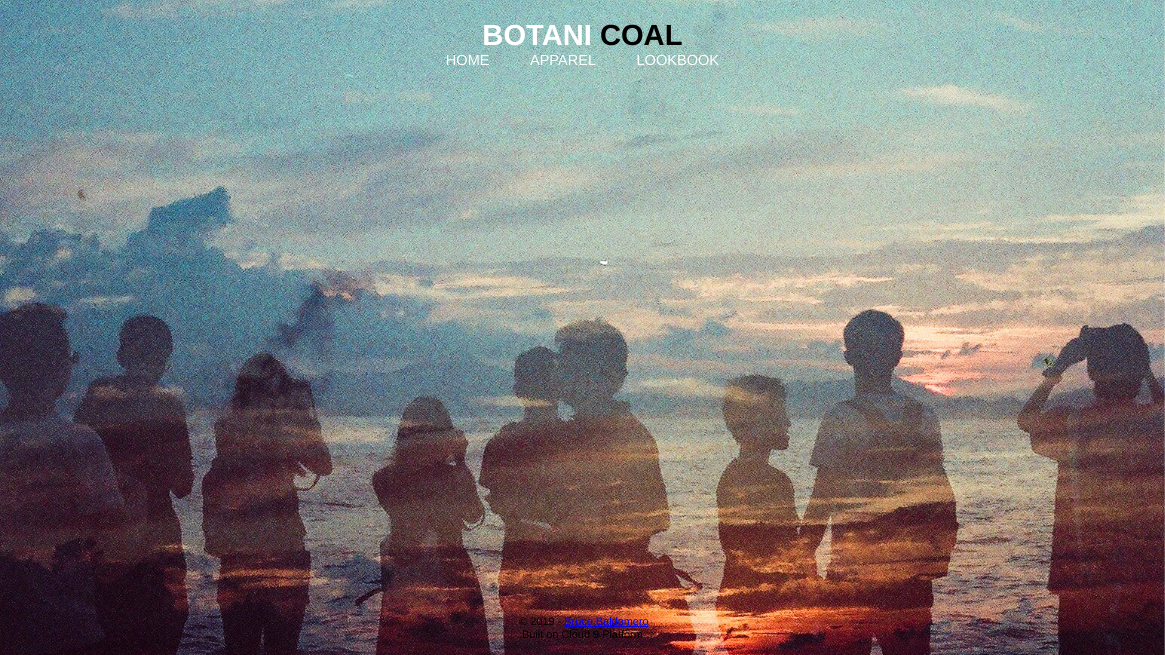
Repository: brucebonus/vegan-clothing
Page: lookbook.html
The author's editor kept a record of every edit. The page is drawn from the files as they stood at one moment, then again after the next edit.
The browser window is 1280 px wide. The pictures show the whole page, at 91% of full size.

Above is the page before.

### lookbook.html
<!DOCTYPE html>
<html>
<meta name="viewport" content="width=device-width, initial-scale=1.0">

<head>
	<title>Lookbook</title>
	<link rel="stylesheet" href="css/style.css" type="text/css" />
</head>

<body class="lookbook_background">
	<header class="lookbook_header">
		<div class="lookbook_title">
			<h1>
				<span style='color:#fff'>BOTANI</span>
				<span style='color:#000'>COAL</span>
				<h1>
		</div>
	</header>
	<nav class="lookbook_nav_bar">
		<ul>
			<li><a href="/index.html">HOME</a></li>
			<li><a href="/apparel.html">APPAREL</a></li>
			<li><a href="/lookbook.html">LOOKBOOK</a></li>
		</ul>
	</nav>
	<footer class="footer">
		<div class="container">
			<div class="content">
				<p>&nbsp;&copy; 2019 - <a href="https://www.instagram.com/bruce_bonus/" target="_new">Bruce Baldomero</a></p>
				<p>Built on Cloud 9 Platform </p>
			</div>
		</div>
	</footer>
</body>

</html>

### css/style.css
*{
    margin: 0;
    padding: 0;
    font-family: Helvetica;
    box-sizing: border-box;
}

body, html {
  height: 100%;
}

.index_background {
  /* The image used */
  background-image: url("/images/index_background.jpg");

  /* Full height */
  height: 100%;

  /* Center and scale the image nicely */
  background-position: center;
  background-repeat: no-repeat;
  background-size: cover;
}

.home_title{
    position: absolute;
    top: 40%;
    left: 50%;
    transform: translate(-50%,-50%);
    display: inline-block;
    text-align: center;
    color: #fff;
    font: Helvetica;
    padding-top: 20px;
}

.home_nav_bar ul{
    position: absolute;
    top: 46%;
    left: 50%;
    transform: translate(-50%,-50%);
    text-align: center;
    list-style-type: none;
}

.home_nav_bar li{
    display: inline;
}

.home_nav_bar a{
    text-decoration: none;
    color: #fff;
    padding: 5px 20px;
}

.home_nav_bar ul li a:hover{
    background-color: black;
    color: #fff;
}

.home_nav_bar{
    max-width: 1200px;
    margin: auto;
}

.apparel_background {
  /* The image used */
  background-image: url("/images/apparel_background.jpg");

  /* Full height */
  height: 100%;

  /* Center and scale the image nicely */
  background-position: center;
  background-repeat: no-repeat;
  background-size: cover;
}

.apparel_title{
    text-align: center;
    color: #fff;
    font: Helvetica;
    padding-top: 20px;
}

.apparel_nav_bar ul{
    text-align: center;
    list-style-type: none;
}

.apparel_nav_bar li{
    display: inline;
}

.apparel_nav_bar a{
    text-decoration: none;
    color: #fff;
    padding: 5px 20px;
}

.apparel_nav_bar ul li a:hover{
    background-color: black;
    color: #fff;
}

.apparel_nav_bar{
    max-width: 1200px;
    margin: auto;
}

.rombaut_background {
  /* The image used */
  background-image: url("/images/rombaut_tiedye_background.jpg");

  /* Full height */
  height: 100%;

  /* Center and scale the image nicely */
  background-position: center;
  background-repeat: no-repeat;
  background-size: cover;
}

.rombaut_title{
    text-align: center;
    color: #fff;
    font: Helvetica;
    padding-top: 20px;
}

.rombaut_nav_bar ul{
    text-align: center;
    list-style-type: none;
}

.rombaut_nav_bar li{
    display: inline;
}

.rombaut_nav_bar a{
    text-decoration: none;
    color: #fff;
    padding: 5px 20px;
}

.rombaut_nav_bar ul li a:hover{
    background-color: black;
    color: #fff;
}

.rombaut_nav_bar{
    max-width: 1200px;
    margin: auto;
}

.rombaut_box{
    background-color: #fff;
    background: rgba(0, 0, 0, 0.6);
    position: absolute;
    top: 50%;
    left: 50%;
    transform: translate(-50%, -50%);
    width: 1000px;
    padding: 20px;
    border-radius: 4px;
    box-shadow: 0 5px 15px rgba(0,0,0,.5);
    display: flex;
    align-items:center;
}

.rombaut_box:hover{
    box-shadow: 0 15px 30px rgba(0,0,0,.5);
}

.rombaut_box .rombaut_image{
    width: 150px;
    flex: 0 0 500px;
}

.rombaut_box .rombaut_image img{
    max-width: 100%;
}

.rombaut_box .rombaut_content{
    padding-left: 20px;
}

.rombaut_box .rombaut_content h2{
    margin: 0;
    padding-left: 0;
    color: #fff;
    font-size: 24px;
}

.rombaut_box .rombaut_content p{
    margin: 0;
    padding: 10px 0 0;
    text-align: justify;
    font-weight: 600;
    color: #fff;
}

.organic_blue_tshirt_background {
  /* The image used */
  background-image: url("/images/organic_blue_tshirt_background.jpg");

  /* Full height */
  height: 100%;

  /* Center and scale the image nicely */
  background-position: center;
  background-repeat: no-repeat;
  background-size: cover;
}

.organic_blue_tshirt_title{
    text-align: center;
    color: #fff;
    font: Helvetica;
    padding-top: 20px;
}

.organic_blue_tshirt_nav_bar ul{
    text-align: center;
    list-style-type: none;
}

.organic_blue_tshirt_nav_bar li{
    display: inline;
}

.organic_blue_tshirt_nav_bar a{
    text-decoration: none;
    color: #fff;
    padding: 5px 20px;
}

.organic_blue_tshirt_nav_bar ul li a:hover{
    background-color: black;
    color: #fff;
}

.organic_blue_tshirt_nav_bar{
    max-width: 1200px;
    margin: auto;
}

.organic_blue_tshirt_box{
    background-color: #fff;
    background: rgba(0, 0, 0, 0.6);
    position: absolute;
    top: 50%;
    left: 50%;
    transform: translate(-50%, -50%);
    width: 1000px;
    padding: 20px;
    border-radius: 4px;
    box-shadow: 0 5px 15px rgba(0,0,0,.5);
    display: flex;
    align-items:center;
}

.organic_blue_tshirt_box:hover{
    box-shadow: 0 15px 30px rgba(0,0,0,.5);
}

.organic_blue_tshirt_box .organic_blue_tshirt_image{
    width: 150px;
    flex: 0 0 500px;
}

.organic_blue_tshirt_box .organic_blue_tshirt_image img{
    max-width: 100%;
}

.organic_blue_tshirt_box .organic_blue_tshirt_content{
    padding-left: 20px;
}

.organic_blue_tshirt_box .organic_blue_tshirt_content h2{
    margin: 0;
    padding-left: 0;
    color: #fff;
    font-size: 24px;
}

.organic_blue_tshirt_box .organic_blue_tshirt_content p{
    margin: 0;
    padding: 10px 0 0;
    text-align: justify;
    font-weight: 600;
    color: #fff;
}

.rugby_sweatshirt_background {
  /* The image used */
  background-image: url("/images/rugby_sweatshirt_background.jpg");

  /* Full height */
  height: 100%;

  /* Center and scale the image nicely */
  background-position: center;
  background-repeat: no-repeat;
  background-size: cover;
}

.rugby_sweatshirt_title{
    text-align: center;
    color: #fff;
    font: Helvetica;
    padding-top: 20px;
}

.rugby_sweatshirt_nav_bar ul{
    text-align: center;
    list-style-type: none;
}

.rugby_sweatshirt_nav_bar li{
    display: inline;
}

.rugby_sweatshirt_nav_bar a{
    text-decoration: none;
    color: #fff;
    padding: 5px 20px;
}

.rugby_sweatshirt_nav_bar ul li a:hover{
    background-color: black;
    color: #fff;
}

.rugby_sweatshirt_nav_bar{
    max-width: 1200px;
    margin: auto;
}

.rugby_sweatshirt_box{
    background-color: #fff;
    background: rgba(0, 0, 0, 0.6);
    position: absolute;
    top: 50%;
    left: 50%;
    transform: translate(-50%, -50%);
    width: 1000px;
    padding: 20px;
    border-radius: 4px;
    box-shadow: 0 5px 15px rgba(0,0,0,.5);
    display: flex;
    align-items:center;
}

.rugby_sweatshirt_box:hover{
    box-shadow: 0 15px 30px rgba(0,0,0,.5);
}

.rugby_sweatshirt_box .rugby_sweatshirt_image{
    width: 150px;
    flex: 0 0 500px;
}

.rugby_sweatshirt_box .rugby_sweatshirt_image img{
    max-width: 100%;
}

.rugby_sweatshirt_box .rugby_sweatshirt_content{
    padding-left: 20px;
}

.rugby_sweatshirt_box .rugby_sweatshirt_content h2{
    margin: 0;
    padding-left: 0;
    color: #fff;
    font-size: 24px;
}

.rugby_sweatshirt_box .rugby_sweatshirt_content p{
    margin: 0;
    padding: 10px 0 0;
    text-align: justify;
    font-weight: 600;
    color: #fff;
}

.illusions_tote_bag_background {
  /* The image used */
  background-image: url("/images/illusions_tote_bag_background.jpg");

  /* Full height */
  height: 100%;

  /* Center and scale the image nicely */
  background-position: center;
  background-repeat: no-repeat;
  background-size: cover;
}

.illusions_tote_bag_title{
    text-align: center;
    color: #fff;
    font: Helvetica;
    padding-top: 20px;
}

.illusions_tote_bag_nav_bar ul{
    text-align: center;
    list-style-type: none;
}

.illusions_tote_bag_nav_bar li{
    display: inline;
}

.illusions_tote_bag_nav_bar a{
    text-decoration: none;
    color: #fff;
    padding: 5px 20px;
}

.illusions_tote_bag_nav_bar ul li a:hover{
    background-color: black;
    color: #fff;
}

.illusions_tote_bag_nav_bar{
    max-width: 1200px;
    margin: auto;
}

.illusions_tote_bag_box{
    background-color: #fff;
    background: rgba(0, 0, 0, 0.6);
    position: absolute;
    top: 50%;
    left: 50%;
    transform: translate(-50%, -50%);
    width: 1000px;
    padding: 20px;
    border-radius: 4px;
    box-shadow: 0 5px 15px rgba(0,0,0,.5);
    display: flex;
    align-items:center;
}

.illusions_tote_bag_box:hover{
    box-shadow: 0 15px 30px rgba(0,0,0,.5);
}

.illusions_tote_bag_box .illusions_tote_bag_image{
    width: 150px;
    flex: 0 0 500px;
}

.illusions_tote_bag_box .illusions_tote_bag_image img{
    max-width: 100%;
}

.illusions_tote_bag_box .illusions_tote_bag_content{
    padding-left: 20px;
}

.illusions_tote_bag_box .illusions_tote_bag_content h2{
    margin: 0;
    padding-left: 0;
    color: #fff;
    font-size: 24px;
}

.illusions_tote_bag_box .illusions_tote_bag_content p{
    margin: 0;
    padding: 10px 0 0;
    text-align: justify;
    font-weight: 600;
    color: #fff;
}

.lookbook_background {
  /* The image used */
  background-image: url("/images/whoa.jpg");

  /* Full height */
  height: 100%;

  /* Center and scale the image nicely */
  background-position: center;
  background-repeat: no-repeat;
  background-size: cover;
}

.lookbook_title{
    text-align: center;
    color: #fff;
    font: Helvetica;
    padding-top: 20px;
}

.lookbook_nav_bar ul{
    text-align: center;
    list-style-type: none;
}

.lookbook_nav_bar li{
    display: inline;
}

.lookbook_nav_bar a{
    text-decoration: none;
    color: #fff;
    padding: 5px 20px;
}

.lookbook_nav_bar ul li a:hover{
    background-color: black;
    color: #fff;
}

.lookbook_nav_bar{
    max-width: 1200px;
    margin: auto;
}

.lightbox {

  display: none;


  position: fixed;
  z-index: 9999;
  width: 100%;
  height: 100%;
  text-align: center;
  top: 0;
  left: 0;
  background: black;
  background: rgba(0,0,0,0.7);
}


}
.lightbox img {

  max-width: 90%;
  max-height: 80%;
  margin-top: 2%;
}

.lightbox:target {

  display: block;


  outline: none;
}
body {
    background-image: url("http://mixhdwallpapers.com/wp-content/uploads/2014/07/13.jpg");
}

.footer {
  position: absolute;
  bottom: 0;
  padding: 1rem;
  width: 100%;
  text-align: center;
  font-size: 12px;
}

After the next edit:
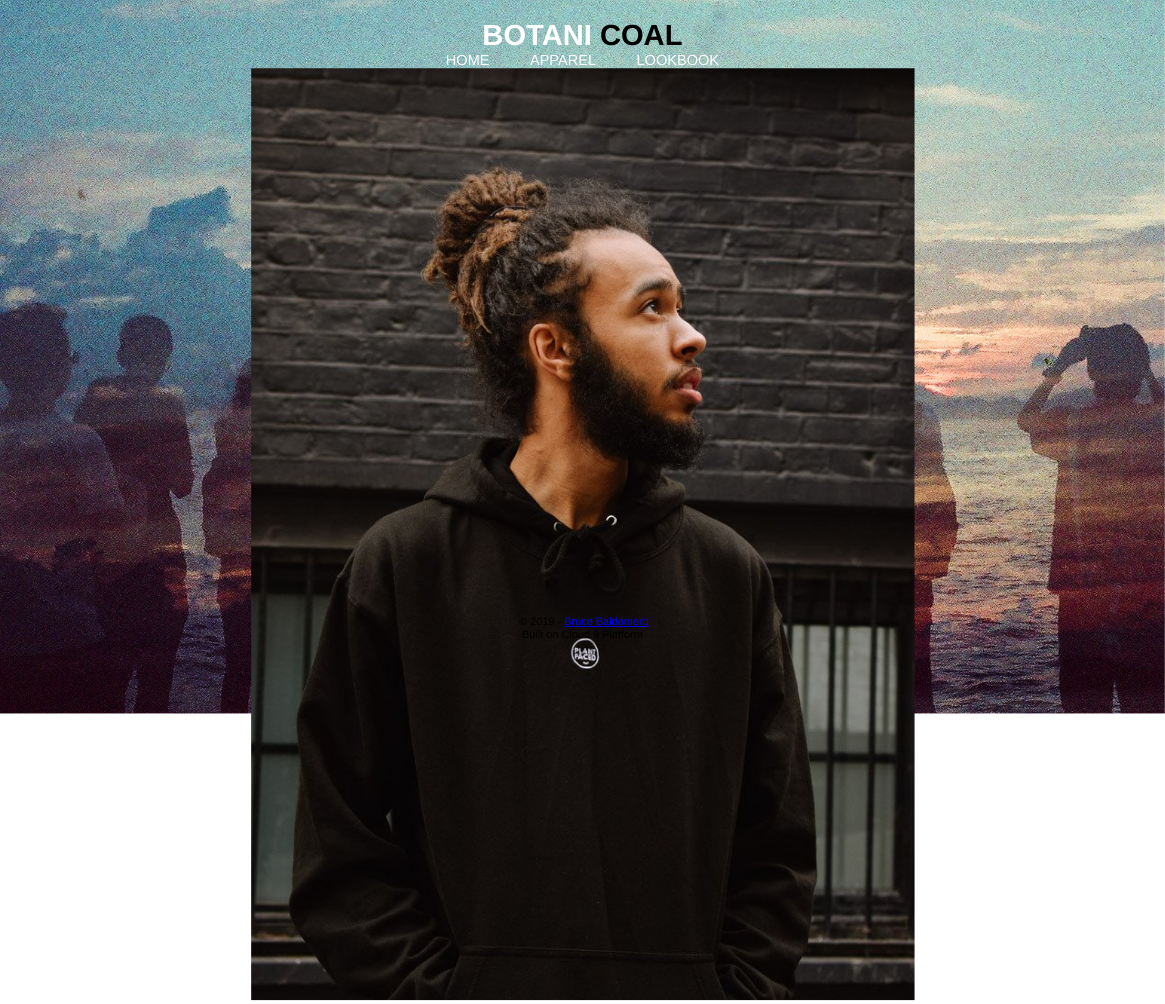
The edit:
--- a/lookbook.html
+++ b/lookbook.html
@@ -23,6 +23,15 @@
 			<li><a href="/lookbook.html">LOOKBOOK</a></li>
 		</ul>
 	</nav>
+<div align="center">
+<a href="#img1">
+  <img src="/lookbook_images/plant_hoodie.jpg">
+</a>
+
+
+<a href="#_" class="lightbox" id="img1">
+  <img src="http://www.wall321.com/thumbnails/detail/20121224/abstract%20blue%20lines%20motion%20blur%201920x1080%20wallpaper_www.wall321.com_73.jpg">
+</a>
 	<footer class="footer">
 		<div class="container">
 			<div class="content">
